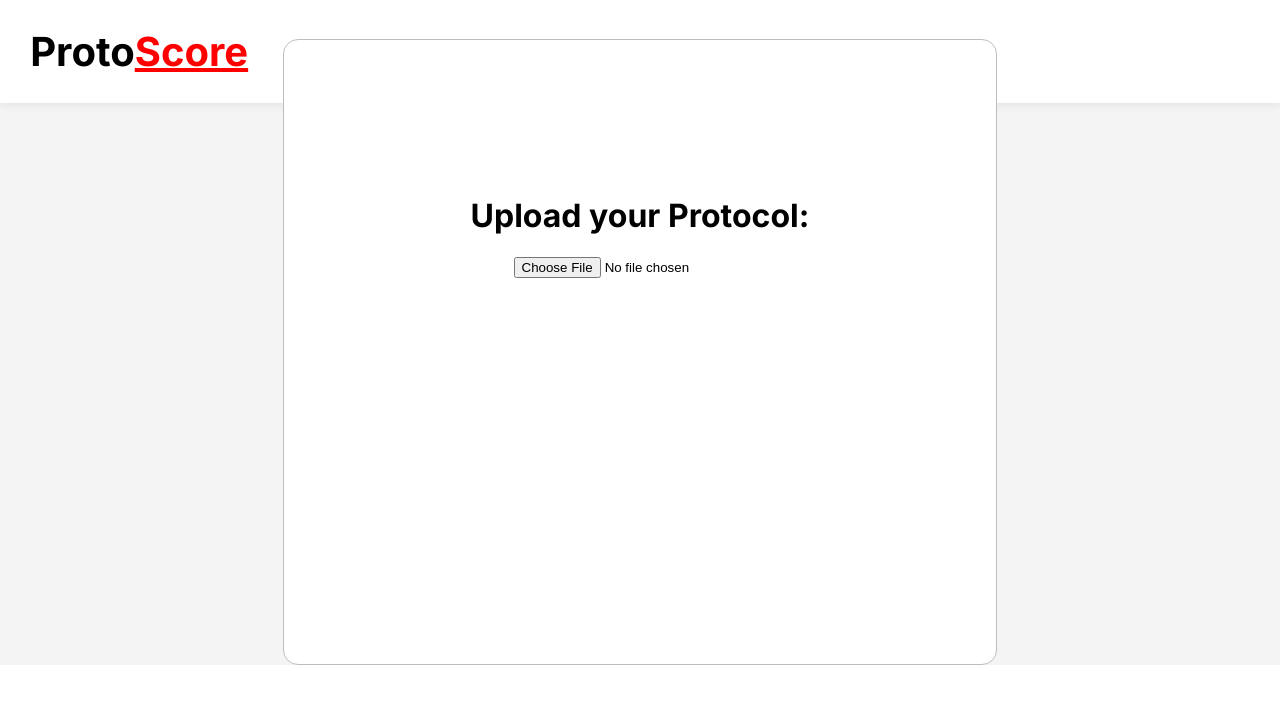
Repository: evanc108/Regeneron2024
Page: / (app in regeneron/)
These files come from the project's save history. The page is drawn as it stood at one moment and after the next save; the edit follows.
The browser window is 1280 px wide. The pictures show the whole page.
The project was rebuilt for these pictures with package versions that can differ from the ones it lists, and the page was loaded fresh each time.

Above is the page before, as saved 2024-05-14 01:59:27.

After the next save:
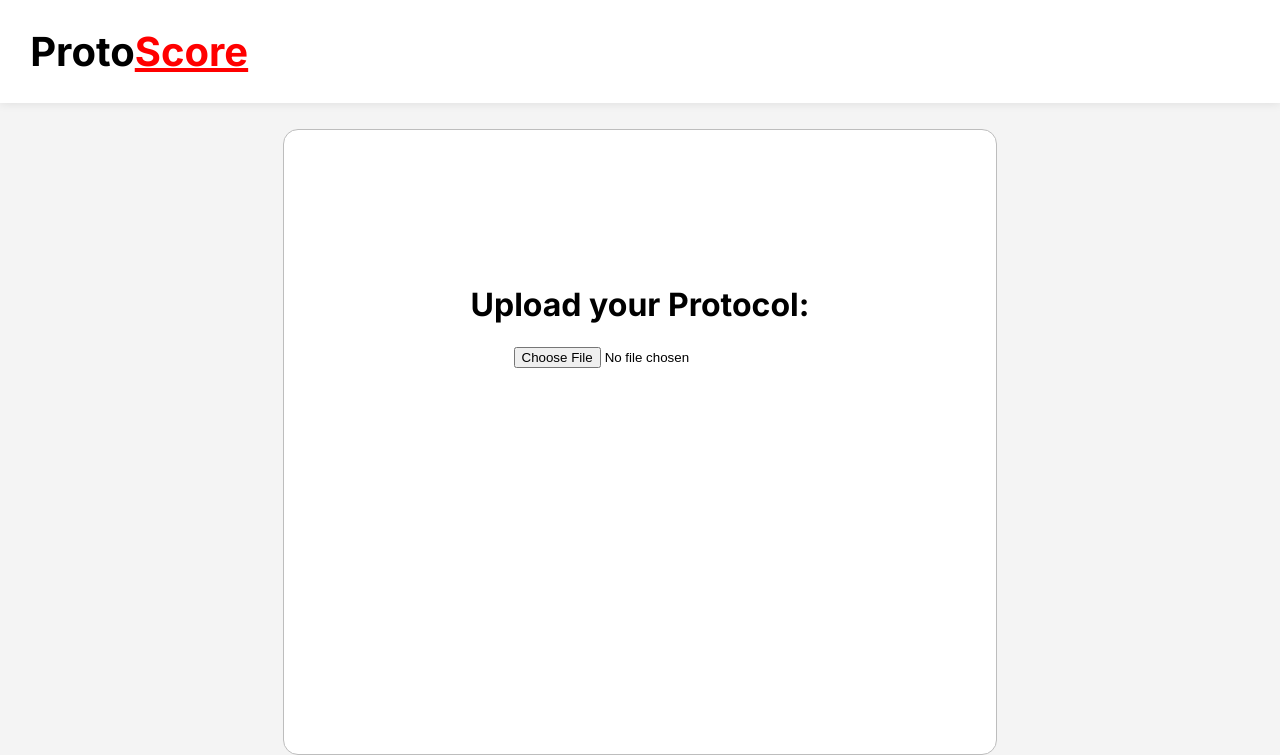
Saved 4 s later.
--- a/regeneron/src/styles/feedback.css
+++ b/regeneron/src/styles/feedback.css
@@ -2,7 +2,7 @@
     display: flex;
     flex-direction: row;
     justify-content: center;
-    margin-top: -10%;
+    margin-top: -3%;
 }
 
 .protocol-container {
